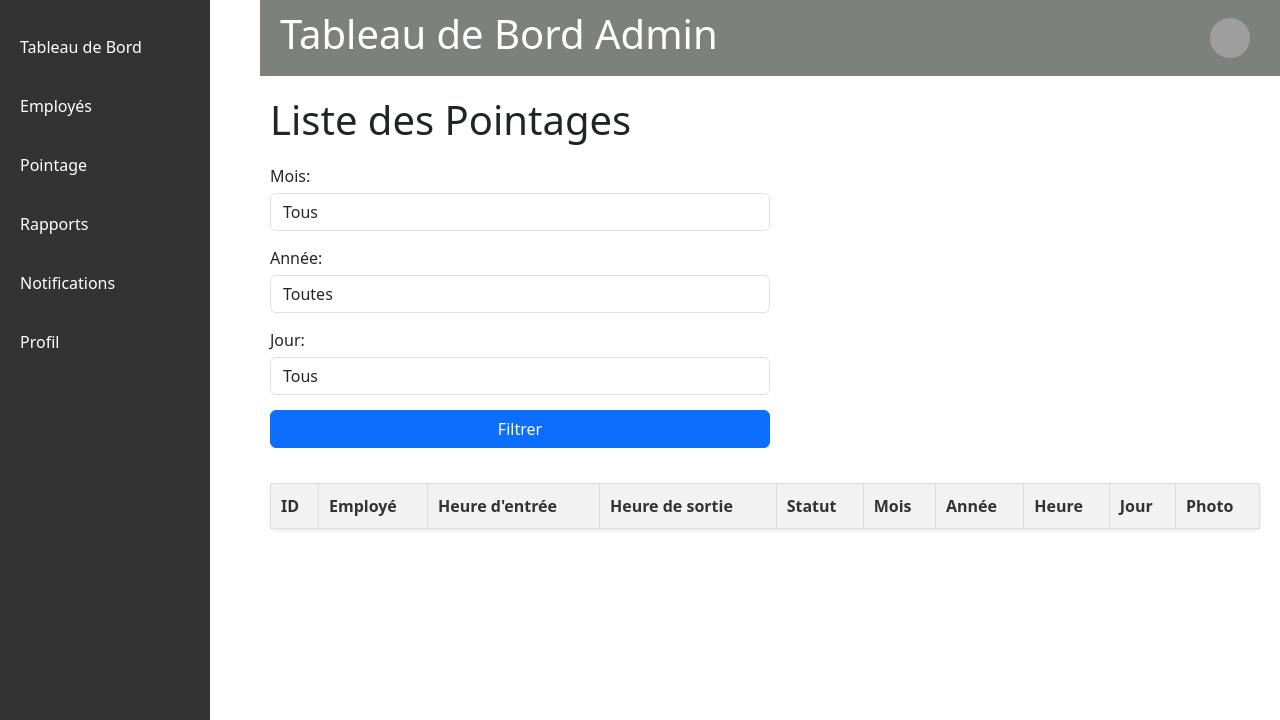
Repository: safa39652/projet-de-developpement-
Page: templates/pointage/liste.html.twig
An editor plug-in stored every save of this project. The page is shown before and after the next save, followed by the edit.
The browser window is 1280 px wide. The pictures show the whole page.
Pictures or frames that could not be fetched are drawn as grey boxes. Some web libraries are served in a nearby version. The page is a Twig template of a Symfony application; nobody is signed in and links lead nowhere. The template is opened directly, without the code that normally fills it, so the values that code supplies are empty.

Above is the page before, as saved 2024-12-27 22:28:55.

### templates/pointage/liste.html.twig
{% extends 'base.html.twig' %}

{% block title %}Rapport des Employés{% endblock %}

{% block body %}
<h1>Liste des Pointages</h1>

<!-- Formulaire de filtrage -->
<div style="margin-bottom: 20px;">
    <form method="get" action="{{ path('filter') }}" class="form-inline">
        <div class="form-group mr-2">
            <label for="mois" class="mr-2">Mois:</label>
            <select name="mois" id="mois" class="form-control">
                <option value="">Tous</option>
                <option value="01" {% if app.request.get('mois') == '01' %}selected{% endif %}>Janvier</option>
                <option value="02" {% if app.request.get('mois') == '02' %}selected{% endif %}>Février</option>
                <option value="03" {% if app.request.get('mois') == '03' %}selected{% endif %}>Mars</option>
                <option value="04" {% if app.request.get('mois') == '04' %}selected{% endif %}>Avril</option>
                <option value="05" {% if app.request.get('mois') == '05' %}selected{% endif %}>Mai</option>
                <option value="06" {% if app.request.get('mois') == '06' %}selected{% endif %}>Juin</option>
                <option value="07" {% if app.request.get('mois') == '07' %}selected{% endif %}>Juillet</option>
                <option value="08" {% if app.request.get('mois') == '08' %}selected{% endif %}>Août</option>
                <option value="09" {% if app.request.get('mois') == '09' %}selected{% endif %}>Septembre</option>
                <option value="10" {% if app.request.get('mois') == '10' %}selected{% endif %}>Octobre</option>
                <option value="11" {% if app.request.get('mois') == '11' %}selected{% endif %}>Novembre</option>
                <option value="12" {% if app.request.get('mois') == '12' %}selected{% endif %}>Décembre</option>
            </select>
        </div>

        <div class="form-group mr-2">
            <label for="annee" class="mr-2">Année:</label>
            <select name="annee" id="annee" class="form-control">
                <option value="">Toutes</option>
                <option value="2023" {% if app.request.get('annee') == '2023' %}selected{% endif %}>2023</option>
                <option value="2024" {% if app.request.get('annee') == '2024' %}selected{% endif %}>2024</option>
                <option value="2025" {% if app.request.get('annee') == '2025' %}selected{% endif %}>2025</option>
                <option value="2026" {% if app.request.get('annee') == '2026' %}selected{% endif %}>2026</option>
            </select>
        </div>

        <div class="form-group mr-2">
            <label for="jour" class="mr-2">Jour:</label>
            <select name="jour" id="jour" class="form-control">
                <option value="">Tous</option>
                <option value="Monday" {% if app.request.query.get('jour') == 'Monday' %}selected{% endif %}>Lundi</option>
                <option value="Tuesday" {% if app.request.query.get('jour') == 'Tuesday' %}selected{% endif %}>Mardi</option>
                <option value="Wednesday" {% if app.request.query.get('jour') == 'Wednesday' %}selected{% endif %}>Mercredi</option>
                <option value="Thursday" {% if app.request.query.get('jour') == 'Thursday' %}selected{% endif %}>Jeudi</option>
                <option value="Friday" {% if app.request.query.get('jour') == 'Friday' %}selected{% endif %}>Vendredi</option>
                <option value="Saturday" {% if app.request.query.get('jour') == 'Saturday' %}selected{% endif %}>Samedi</option>
                <option value="Sunday" {% if app.request.query.get('jour') == 'Sunday' %}selected{% endif %}>Dimanche</option>
            </select>
        </div>

        <button type="submit" class="btn btn-primary">Filtrer</button>
    </form>
</div>

<!-- Tableau des pointages -->
<table border="1" cellspacing="0" cellpadding="5">
    <thead>
        <tr>
            <th>ID</th>
            <th>Employé</th>
            <th>Heure d'entrée</th>
            <th>Heure de sortie</th>
            <th>Statut</th>
            <th>Mois</th>
            <th>Année</th>
            <th>Heure</th>
            <th>Jour</th>
            <th>Photo</th>
        </tr>
    </thead>
    <tbody>
        {% for pointage in pointages %}
            <tr>
                <td>{{ pointage.id }}</td>
                <td>{{ pointage.employe }}</td>
                <td>{{ pointage.heureEntree|date('Y-m-d H:i:s') }}</td>
                <td>{{ pointage.heureSortie ? pointage.heureSortie|date('Y-m-d H:i:s') : 'N/A' }}</td>
                <td>{{ pointage.statut }}</td>
                <td>{{ pointage.mois }}</td>
                <td>{{ pointage.annee }}</td>
                <td>{{ pointage.heure|date('H:i:s') }}</td>
                <td>{{ pointage.jour }}</td>
                <td>
                    {% if pointage.photo %}
                        <img src="{{ asset(pointage.photo) }}" alt="Photo de pointage" style="width: 100px; height: auto;">
                    {% else %}
                        Pas d'image
                    {% endif %}
                </td>
            </tr>
        {% endfor %}
    </tbody>
</table>
{% endblock %}

### templates/base.html.twig
<!DOCTYPE html>
<html lang="fr">
  <head>
    <meta charset="UTF-8" />
    <meta name="viewport" content="width=device-width, initial-scale=1.0" />
    <title>Admin Dashboard</title>
    <link rel="stylesheet" href="{{ asset('css/style.css') }}" />
    <script src="https://cdn.jsdelivr.net/npm/chart.js"></script>
    <script src="https://cdn.jsdelivr.net/npm/jquery@3.6.0/dist/jquery.min.js"></script>
    <script src="https://cdn.jsdelivr.net/npm/moment@2.29.1/moment.min.js"></script>
    <script src="https://cdn.jsdelivr.net/npm/fullcalendar@3.2.0/dist/fullcalendar.min.js"></script>
    <link href="https://cdn.jsdelivr.net/npm/bootstrap@5.3.0/dist/css/bootstrap.min.css" rel="stylesheet">
    <script src="https://cdn.jsdelivr.net/npm/bootstrap@5.3.0/dist/js/bootstrap.bundle.min.js"></script>
    <style>
  /* Tableau en fond blanc avec texte sombre */
  table {
    width: 100%;
    border-collapse: collapse;
    background-color: #fff; /* Fond blanc pour le tableau */
    color: #333; /* Texte sombre pour une bonne lisibilité */
    border-radius: 8px;
    box-shadow: 0 2px 4px rgba(0, 0, 0, 0.1); /* Légère ombre pour le tableau */
  }

  /* Style des en-têtes du tableau */
  table th {
    background-color: #f2f2f2; /* Fond léger pour les en-têtes */
    color: #333; /* Texte sombre pour les en-têtes */
    padding: 10px;
    text-align: left;
    font-weight: bold;
  }

  /* Style des lignes du tableau */
  table td {
    padding: 10px;
    border-top: 1px solid #ddd; /* Bordure légère entre les lignes */
  }

  /* Style au survol des lignes du tableau */
  table tr:hover {
    background-color: #f9f9f9; /* Survol légèrement plus clair */
  }
</style>

  </head>
<body>
    <header>
      <h1>Tableau de Bord Admin</h1>
      <div class="admin-profile">
        <div class="avatar-container">
          <img
            src="https://img.icons8.com/color/512w/administrator-male.png"
            alt="Admin Avatar"
            class="avatar"
          />
          <div class="dropdown-menu">
            <a href="{{ path('app_front_profile') }}">Voir Profil</a>
            <a href="{{ path('app_home') }}">Se Déconnecter</a>
          </div>
        </div>
      </div>
    </header>
    <aside class="sidebar">
      <ul>
        <li><a href="{{ path('app_front_dashboard')}}">Tableau de Bord</a></li>
        <li><a href="{{ path('employe_list')}}">Employés</a></li>
           <li><a href="{{ path('pointage_page')}}"target="_blank"> Pointage</a></li>
         <li><a href="{{ path('rapport_page') }}"target="_blank">Rapports</a></li>
        <li><a href="#notifications">Notifications</a></li>
        <li><a href="{{ path('app_front_profile') }}">Profil</a></li>
      </ul>
    </aside>
    <main>
      {% block body %}{% endblock %}
    </main>

  </body>
</html>

### public/css/Style.css
/* General Styles */
body {
  margin: 0;
  font-family: Arial, sans-serif;
  display: flex;
  flex-direction: column;
  min-height: 100vh;
  color: #333;
  background-color: #f4f7fc;
}

h2 {
  margin: 20px 0;
  font-size: 24px;
  color: #444;
}

/* Sidebar */
.sidebar {
  width: 210px;
  background-color: #333;
  color: #fff;
  height: 100vh;
  position: fixed;
  top: 0;
  left: 0;
  display: flex;
  flex-direction: column;
  padding: 10px;
}

.sidebar ul {
  list-style: none;
  padding: 0;
  margin: 0;
}

.sidebar ul li {
  margin: 15px 0;
}

.sidebar ul li a {
  text-decoration: none;
  color: #fff;
  display: block;
  padding: 10px;
  border-radius: 5px;
  transition: background 0.3s ease;
}

.sidebar ul li a:hover {
  background-color: #575757;
}

/* Header */
header {
  display: flex;
  justify-content: space-between;
  align-items: center;
  background-color: #7d817d;
  color: #fff;
  padding: 10px 20px;
  margin-left: 260px;
}

header .admin-profile {
  display: flex;
  align-items: center;
}

header .avatar {
  width: 40px;
  height: 40px;
  border-radius: 50%;
  margin-right: 10px;
}

header .sign-out {
  margin-left: 20px;
  text-decoration: none;
  color: #fff;
  padding: 5px 10px;
  background-color: #0f0f0f;
  border-radius: 5px;
  transition: background 0.3s ease;
}

header .sign-out:hover {
  background-color: #e64a19;
}

/* Main Content */
main {
  margin-left: 250px;
  padding: 20px;
  width: calc(100% - 250px);
}

/* Dashboard Cards */
.cards-container {
  display: flex;
  gap: 20px;
}

.card {
  background-color: #f9f9f9;
  padding: 20px;
  border-radius: 5px;
  box-shadow: 0 2px 4px rgba(0, 0, 0, 0.1);
  flex: 1;
  text-align: center;
}

.card h3 {
  margin-bottom: 10px;
}

.card p {
  font-size: 24px;
  color: #4e4d50;
}

/* Employee Table */
table {
  width: 100%;
  border-collapse: collapse;
  margin: 20px 0;
}

table th,
table td {
  padding: 10px;
  text-align: left;
  border: 1px solid #ddd;
}

table th {
  background-color: #696969;
  color: white;
}

table tr:nth-child(even) {
  background-color: #f9f9f9;
}

table tr:hover {
  background-color: #f1f1f1;
}

/* Notifications */
#notifications ul {
  list-style: none;
  padding: 0;
}

#notifications ul li {
  background-color: #fff8e1;
  padding: 10px;
  margin: 10px 0;
  border-left: 5px solid #ff9800;
  border-radius: 3px;
}

/* Forms */
form {
  max-width: 500px;
  margin: 20px 0;
  display: flex;
  flex-direction: column;
}

form label {
  margin-bottom: 5px;
}

form input,
form select,
form button {
  margin-bottom: 15px;
  padding: 10px;
  font-size: 16px;
  border: 1px solid #ccc;
  border-radius: 5px;
}

form button {
  background-color: #696969;
  color: white;
  border: none;
  cursor: pointer;
  transition: background 0.3s ease;
}

form button:hover {
  background-color: #555;
}

/* Footer */
footer {
  background-color: #333;
  color: #fff;
  text-align: center;
  padding: 10px 20px;
  margin-top: auto;
}

/* Modal */
.modal {
  position: fixed;
  top: 50%;
  left: 50%;
  transform: translate(-50%, -50%);
  background-color: #fff;
  padding: 20px;
  box-shadow: 0 4px 8px rgba(0, 0, 0, 0.2);
  border-radius: 8px;
  z-index: 1000;
  width: 400px;
  display: none;
}

.modal.visible {
  display: block;
}

.modal h2 {
  margin-top: 0;
  color: #444;
}

.modal button {
  background-color: #e74c3c;
  color: white;
}

.modal button.close-modal {
  margin-top: 10px;
  background-color: #555;
}

.modal button.close-modal:hover {
  background-color: #333;
}

/* Chart Container */
.chart-container {
  display: block;
  box-sizing: border-box;
  height: 350px; /* Adjusted for better visibility */
  width: 100%;
  max-width: 600px; /* Ensuring responsiveness */
  margin: 0 auto;
}

.card {
  background-color: #fff;
  box-shadow: 0 4px 6px rgba(0, 0, 0, 0.1);
  margin: 20px;
  padding: 20px;
  border-radius: 8px;
}

.card h3 {
  margin-bottom: 20px;
}

After the next save:
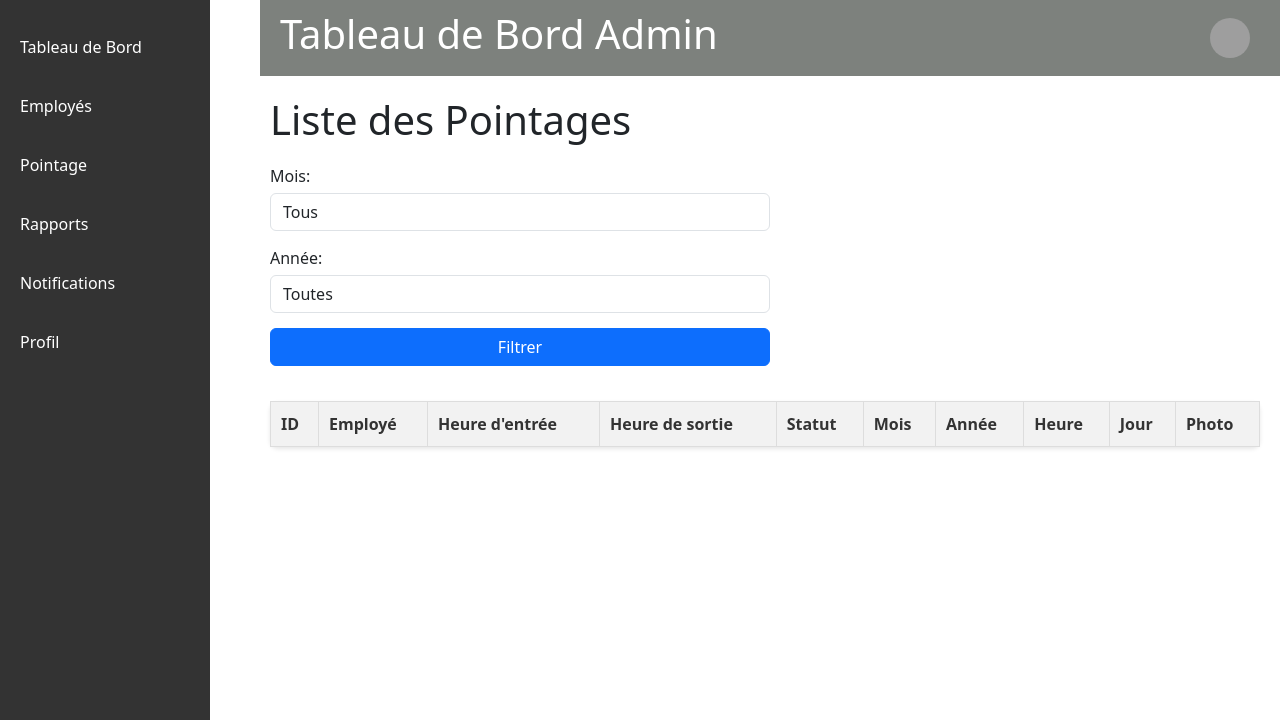
Saved 53 s later.
--- a/templates/pointage/liste.html.twig
+++ b/templates/pointage/liste.html.twig
@@ -25,9 +25,9 @@
                 <option value="11" {% if app.request.get('mois') == '11' %}selected{% endif %}>Novembre</option>
                 <option value="12" {% if app.request.get('mois') == '12' %}selected{% endif %}>Décembre</option>
             </select>
-        </div>
 
-        <div class="form-group mr-2">
+
+
             <label for="annee" class="mr-2">Année:</label>
             <select name="annee" id="annee" class="form-control">
                 <option value="">Toutes</option>
@@ -37,7 +37,7 @@
                 <option value="2026" {% if app.request.get('annee') == '2026' %}selected{% endif %}>2026</option>
             </select>
         </div>
-
+        <!--
         <div class="form-group mr-2">
             <label for="jour" class="mr-2">Jour:</label>
             <select name="jour" id="jour" class="form-control">
@@ -50,7 +50,7 @@
                 <option value="Saturday" {% if app.request.query.get('jour') == 'Saturday' %}selected{% endif %}>Samedi</option>
                 <option value="Sunday" {% if app.request.query.get('jour') == 'Sunday' %}selected{% endif %}>Dimanche</option>
             </select>
-        </div>
+        </div>-->
 
         <button type="submit" class="btn btn-primary">Filtrer</button>
     </form>
